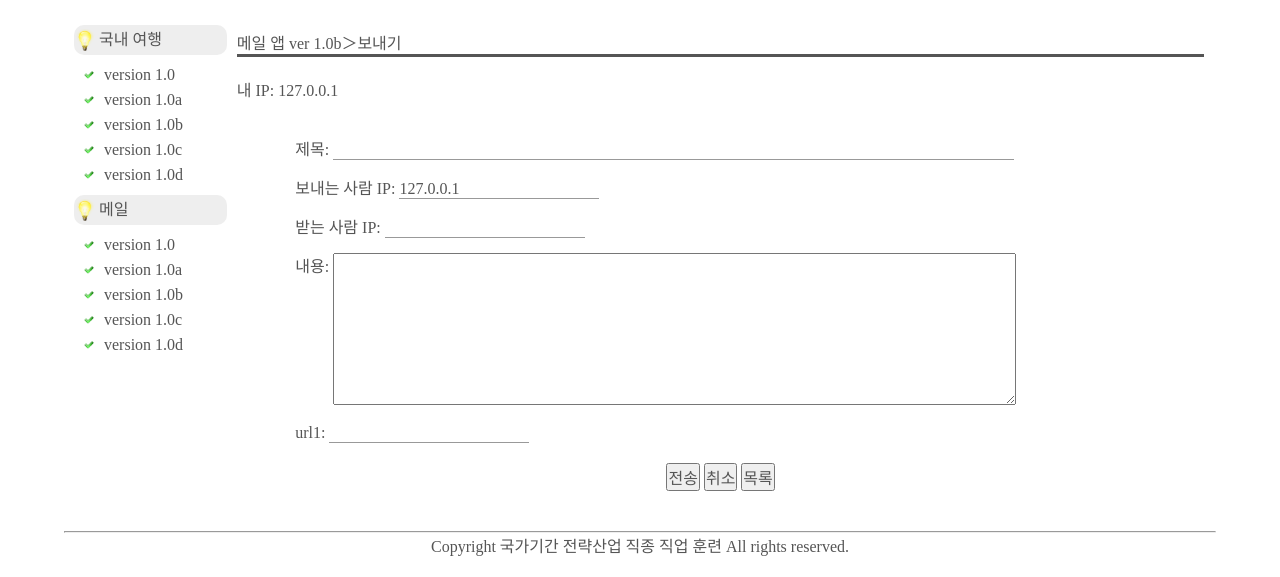
Repository: jangky000/ai_web
Page: http://localhost/blog_v2jc/mail_app1c/create_form.jsp
These files come from the project's save history. The page is drawn as it stood at one moment and after the next save; the edit follows.
The browser window is 1280 px wide. The pictures show the part of the page from y = 210 to 787 px (the page is 787 px tall before and 753 px after).
The page is served by Tomcat 9. Other server files are loaded and not shown.

Above is the page before, as saved 2020-04-03 00:21:40.

### ws__frame/blog_v2jc/WebContent/mail_app1c/create_form.jsp
<%@ page contentType="text/html; charset=UTF-8" %>

<%
request.setCharacterEncoding("utf-8");
String root = request.getContextPath();
%>

<!DOCTYPE html>
<html lang="ko">
<head>
<meta charset="UTF-8">
<title>메일 앱</title>
<link href="<%=root%>/css/style.css" rel="Stylesheet" type="text/css">
</head>
<body>
<jsp:include page="/menu/top.jsp" flush='false' />
  <div class="title_line">메일 앱 ver 1.0b＞보내기</div>

   <%
    out.print("<p>내 IP: " + request.getRemoteAddr() + "</p>");
    String my_ip = request.getRemoteAddr();
    /* out.print("<p>Remote Host: " + request.getRemoteHost() + "</p>"); */
    /* out.print("<p>X-Forwarded-For: " + request.getHeader("x-forwarded-for") + "</p>"); */
    %>

  <form name='frm' action='./create_proc.jsp' method='POST'>
    <fieldset class="fieldset_basic">
      <!-- <legend class="legend_basic">공지사항 등록</legend> -->
      <ul>
        <li class="li_none">
          <label>제목: </label>
          <input class="input_basic" type="text" name="title" style="width: 80%;" autofocus="autofocus">
        </li>
        <li class="li_none">
          <label>보내는 사람 IP: </label>
          <input class="input_basic" type="text" name="mail_from"  value="<%= my_ip %>" style="width: 200px;" readonly="readonly">
        </li>
        <li class="li_none">
          <label>받는 사람 IP: </label>
          <input class="input_basic" type="text" name="mail_to" style="width: 200px;">
        </li>
        <li class="li_none">
          <label style="vertical-align: top;">내용: </label>
          <textarea name="content" style="width: 80%; height: 150px;"></textarea>
        </li>
        <li class="li_none">
          <label style="vertical-align: top;">url1: </label>
          <input class="input_basic" type="text" name="url1" style="width: 200px;">
        </li>
      </ul>
      <div class ="bottom_menu">
        <button type="submit">전송</button>
        <button type="button" onclick="location.href = './list.jsp'">취소</button>
        <button type="button" onclick="location.href = './list.jsp'">목록</button>
      </div>
    </fieldset>

  </form>

<jsp:include page="/menu/bottom.jsp" flush='false' />
</body>
</html>
</html>

### ws__frame/blog_v2jc/WebContent/menu/top.jsp
<%@ page contentType="text/html; charset=UTF-8" %>
<!-- jsp: include를 사용했기 때문에 root로 인한 충돌이 발생하지 않는다. -->
<% String root = request.getContextPath(); %>

<DIV class='container'>
  <DIV class='top_img'>
    <NAV class="top_menu">
      <a href="<%=root %>" class="menu_link">HOME</a> | 로그인 | 예약 | 조회 | Q&A | 고객센터
    </NAV>
  </DIV>

  <DIV style='margin-top: 10px;'> <!-- 좌측 메뉴 + 내용 시작 -->
    <DIV class='left_menu'> <!--  좌측 메뉴 시작 -->
      <div class="li_left_menu_1" >국내 여행</div>
      <UL>
         <!-- 모든 위치에서 동일한 주소를 찾아야하므로, 절대 경로로 설정 -->
        <LI class="li_left_menu_2"><a href="<%= request.getContextPath() %>/notice1/list.jsp">version 1.0</a></LI>
        <LI class="li_left_menu_2"><a href="<%= request.getContextPath() %>/notice1a/list.jsp">version 1.0a</a></LI>
        <LI class="li_left_menu_2"><a href="<%= request.getContextPath() %>/notice1b/list.jsp">version 1.0b</a></LI>
        <LI class="li_left_menu_2">version 1.0c</LI>
        <LI class="li_left_menu_2">version 1.0d</LI>
      </UL>
      <!-- br을 쓰는 것보다 margin으로 여백을 주는 것이 낫다 -->
      <div class="li_left_menu_1">메일</div>
      <UL>
        <LI class="li_left_menu_2"><a href="<%= request.getContextPath() %>/mail_app/list.jsp">version 1.0</a></LI>
        <LI class="li_left_menu_2"><a href="<%= request.getContextPath() %>/mail_app1a/list.jsp">version 1.0a</a></LI>
        <LI class="li_left_menu_2"><a href="<%= request.getContextPath() %>/mail_app1b/list.jsp">version 1.0b</a></LI>
        <LI class="li_left_menu_2">version 1.0c</LI>
        <LI class="li_left_menu_2">version 1.0d</LI>
      </UL>

    </DIV>  <!--  좌측 메뉴 종료 -->

    <DIV class='content_body'> <!--  내용 시작 -->

### ws__frame/blog_v2jc/WebContent/menu/bottom.jsp
<%@ page contentType="text/html; charset=UTF-8" %>

    </DIV> <!-- 내용 종료 -->
  </DIV> <!-- 좌측 메뉴 + 내용 종료 -->

  <!-- 화면 하단 메뉴 -->
  <DIV class='copyright'>
    <HR>
    Copyright 국가기간 전략산업 직종 직업 훈련 All rights reserved.
  </DIV>

</DIV> <!-- 컨테이너 종료 -->

### ws__frame/blog_v2jc/WebContent/css/style.css
/* ver 0.2 */
/* 모든 태그에 적용 */
  *{
     font-family: Malgun Gothic;
     font-size: 16px;
     margin: 0px;  /* top right bottom left */
     padding: 0px;
     color: #555555;
  }

  .container {
    width: 90%;
    margin: 10px auto;
  }

  /*
  이미지 경로 지정
  권장하지 않는 방법(절대경로): background-image: url('/blog_v2jc/css/images/top_image.jpg');
  권장하는 방법(상대경로): background-image: url('./images/top_image.jpg');
  style.css 파일이 include(link)되는 폴더를 현재 폴더로 인식함
  /blog_v2jc/css/style.css에서 사용
  /blog_v2jc/css/images/top_image.jpg 인식
   */
  .top_img {
    width: 100%;
    height: 200px;
    /* background-image: url('/blog_v2jc/menu/images/top_image.jpg'); */
    background-image: url('./images/top_image2.jpg');
    background-size: auto 100%; /* 가로 세로 */
    background-position: center center;
    background-repeat: no-repeat;
  }

  .top_menu {
    position: relative;  /* 부모 태그 기준 화면 상단 기준 */
    top: 80%;
    /* left: 2px;  */
    background-color: rgba(50, 50, 255, 0.3);
    color: white;
  }

  .left_menu {
    width: 15%;
    float: left;
  }

  .content_body {
    width: 84%;
    float: left;
  }

  .content_bottom {

  }

  .bottom_menu {
    text-align: center;
    margin: 20px auto;
    clear: both;
  }

  .copyright {
    text-align: center;
    margin: 20px auto; /* 블럭 가운데 정렬 */
    clear: both; /*  float: left; 해제 float 효과를 제거 */
  }

  .li_warning{/* 경고 메시지 */
    list-style: none;
    margin: 15px 10px;
    color: #ff6600;
  }

  .li_error{ /* 에러 메시지 */
    list-style: none;
    margin: 15px 10px;
    color: #FF0000;
  }

  .li_none{
    list-style: none;
    margin: 15px 10px;
  }

  .fieldset_basic{
    width:90%;
    margin:10px auto;
    border-top: none;
    border-right: none;
    border-bottom: none;
    border-left: none;
    padding: 10px;
  }

  .legend_basic{
    margin-left:30px;
    border:solid 1px #999999;
    background-color: #A6C2FF;
    color:#FFFFFF;
  }

  input:focus {outline:none;}
  .input_basic{
    border-top: none;
    border-right: none;
    border-bottom: solid 1px #999999;
    border-left: none;
  }

  .title_line{
    text-align:left;
    /* text-decoration: underline; */
    border-bottom: solid 3px #555555;
    width: 100%;
    margin: 20px auto;

  }

  .sub_menu{
    text-align: right;
    width: 100%;
  }

  .table_basic{
    border-collapse: collapse; /* 셀 합치기 */
    margin: 2px auto;
    width: 100%;
    margin-bottom: 100px;
  }

  /*
    1em 기본값: 16px, 주변 태그의 글자 크기를 1em으로 인식
    div 태그가 20px일 경우 자식 태그가 0.5em이면 최종적으로 10px이 적용됨.
  */
  .th_basic{
    font-size: 0.8em;
    border-bottom: solid 1px #999999;
  }

  .td_basic{
    background-color: #ffffff;

    border-top: none;
    border-right: none;
    border-bottom: solid 1px #dddddd;
    border-left: none;

    text-align: center;
  }

  .td_left{
    background-color: #ffffff;

    border-top: none;
    border-right: none;
    border-bottom: solid 1px #dddddd;
    border-left: none;

    text-align: left;
  }

  A:link{  /* 방문전 상태 */
    text-decoration: none; /* 밑줄 삭제 */
    color: #555555;
  }

  A:visited{  /* 방문후 상태 */
    text-decoration: none; /* 밑줄 삭제 */
    color: #555555;
  }

  A:hover{  /* A 태그에 마우스가 올라간 상태 */
    text-decoration: underline; /* 밑줄 출력 */
    color: #7777FF;
  }

  A:active{  /* A 태그를 클릭한 상태 */
    text-decoration: underline; /* 밑줄 출력 */
    color: #7777FF;
  }

  /* top menu */
  .menu_link:link{  /* 방문전 상태 */
    text-decoration: none; /* 밑줄 삭제 */
    color: white;
  }

  .menu_link:visited{  /* 방문후 상태 */
    text-decoration: none; /* 밑줄 삭제 */
    color: white;
  }

  .menu_link:hover{  /* A 태그에 마우스가 올라간 상태 */
    text-decoration: underline; /* 밑줄 출력 */
    color: white;
    /* font-weight: bold; */
  }

  .menu_link:active{  /* A 태그를 클릭한 상태 */
    text-decoration: underline; /* 밑줄 출력 */
    color: white;
  }

  .content_title{
    border-top: none;
    border-right: none;
    border-bottom: solid 1px #999999;
    border-left: none;

    margin-bottom: 20px;
  }

  .content_bottom{
    border-top: none;
    border-right: none;
    border-bottom: none;
    border-left: none;
    margin: 20px 0;
    text-align: right;
    font-size: 0.8em;
  }

  .li_left_menu_1{/* 화면 좌측 대분류 */
    list-style: none;
    margin: 15px 10px;
    background: url(./images/li_left_menu_1.png) left center no-repeat; /* url 왼쪽 중간 반복x */
    background-color:#eeeeee;
    border-radius:10px;
    background-size: 22px;
    padding-left: 25px;
    line-height: 30px;
  }

  .li_left_menu_2{/* 화면 좌측 중분류 */
    list-style: none;
    margin: 15px 10px;
    background: url(./images/li_left_menu_2.png) left center no-repeat; /* url 왼쪽 중간 반복x */
    background-size: 10px;
    margin-left: 20px;
    padding-left: 20px;
    line-height: 10px;
  }

After the next save:
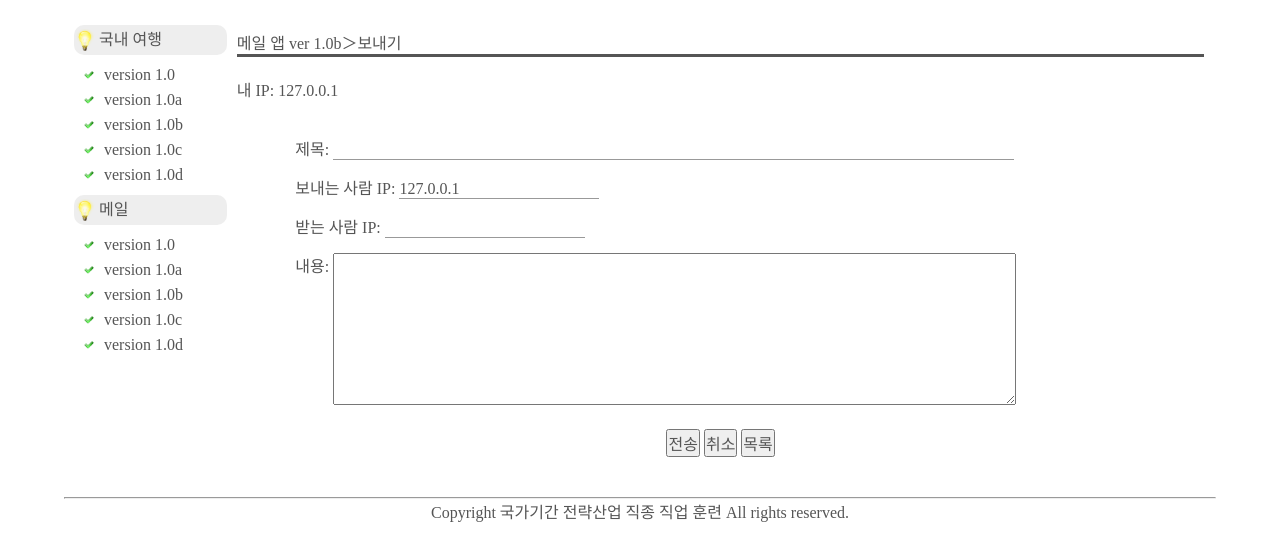
Saved 2 min 54 s later.
--- a/ws__frame/blog_v2jc/WebContent/mail_app1c/create_form.jsp
+++ b/ws__frame/blog_v2jc/WebContent/mail_app1c/create_form.jsp
@@ -43,11 +43,14 @@ String root = request.getContextPath();
           <label style="vertical-align: top;">내용: </label>
           <textarea name="content" style="width: 80%; height: 150px;"></textarea>
         </li>
-        <li class="li_none">
+        <!-- <li class="li_none">
           <label style="vertical-align: top;">url1: </label>
           <input class="input_basic" type="text" name="url1" style="width: 200px;">
-        </li>
+        </li> -->
       </ul>
+
+
+
       <div class ="bottom_menu">
         <button type="submit">전송</button>
         <button type="button" onclick="location.href = './list.jsp'">취소</button>
